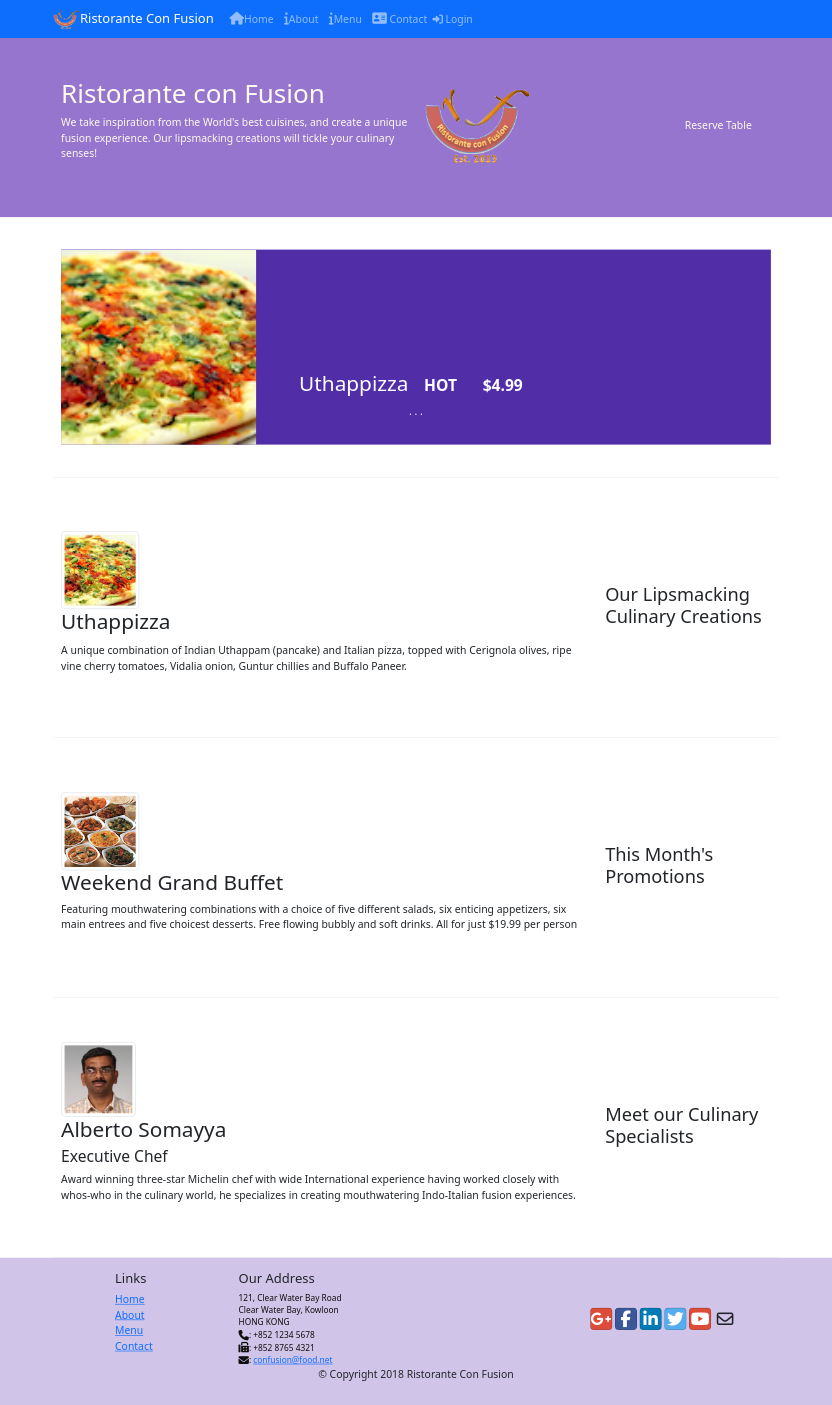
Repository: DungBuiTuan/FER201m
Page: index.html
The author's editor kept a copy of each file at every save. The page is drawn from the files as they stood at one save, then again after the next save.
The browser window is 1280 px wide. The pictures show the whole page, at 65% of full size.
Some web libraries are served in a nearby version.

Above is the page before, as saved 2023-05-22 23:54:01.

### index.html
<!DOCTYPE html>
<html lang="en">

<head>
  <meta charset="utf-8" />
  <meta name="viewport" content="width=device-width, initial-scale=1, shrink-to-fit=no" />
  <meta http-equiv="x-ua-compatible" content="ie=edge" />
  <!-- Bootstrap CSS -->
  <link rel="stylesheet" href="node_modules/bootstrap/dist/css/bootstrap.min.css" />
  <link rel="stylesheet" href="node_modules/font-awesome/css/font-awesome.min.css">
  <link rel="stylesheet" href="node_modules/bootstrap-social/bootstrap-social.css">
  <link href="css/styles.css" rel="stylesheet" />

  <title>Ristorante Con Fusion</title>
</head>

<body>
  <nav class="navbar navbar-dark navbar-expand-sm bg-primary fixed-top">
    <div class="container">
      <button class="navbar-toggler" type="button" data-toggle="collapse" data-target="#Navbar">
        <span class="navbar-toggler-icon"></span>
      </button>

      <a class="navbar-brand mr-auto" href="#"><img src="img/img/logo.png" height="30" width="41">Ristorante Con
        Fusion</a>
      <div class="collapse navbar-collapse" id="Navbar">
        <ul class="navbar-nav mr-auto">
          <li class="nav-item active"><a class="nav-link" href="./index.html"><span
                class="fa fa-home fa-lg"></span>Home</a></li>
          <li class="nav-item">
            <a class="nav-link" href="./aboutus.html"><span class="fa fa-info fa-lg"></span>About</a>
          </li>
          <li class="nav-item"><a class="nav-link" href="#"><span class="fa fa-info fa-lg"></span>Menu</a></li>
          <li class="nav-item"><a class="nav-link" href="contactus.html"><span class="fa fa-address-card fa-lg"></span>
              Contact</a></li>
        </ul>
        <span class="navbar-text">
          <a data-toggle="modal" data-target="#loginModal">
            <span class="fa fa-sign-in"></span> Login</a>
        </span>

      </div>
    </div>
    <div id="loginModal" class="modal fade" role="dialog">
      <div class="modal-dialog modal-lg" role="content">
        <!-- Modal content-->
        <div class="modal-content">
          <div class="modal-header">
            <h4 class="modal-title">Login </h4>
            <button type="button" class="close" data-dismiss="modal">&times;</button>
          </div>
          <div class="modal-body">
            <form>
              <div class="form-row">
                <div class="form-group col-sm-4">
                  <label class="sr-only" for="exampleInputEmail3">Email address</label>
                  <input type="email" class="form-control form-control-sm mr-1" id="exampleInputEmail3"
                    placeholder="Enter email">
                </div>
                <div class="form-group col-sm-4">
                  <label class="sr-only" for="exampleInputPassword3">Password</label>
                  <input type="password" class="form-control form-control-sm mr-1" id="exampleInputPassword3"
                    placeholder="Password">
                </div>
                <div class="col-sm-auto">
                  <div class="form-check">
                    <input class="form-check-input" type="checkbox">
                    <label class="form-check-label"> Remember me
                    </label>
                  </div>
                </div>
              </div>
              <div class="form-row">
                <button type="button" class="btn btn-secondary btn-sm ml-auto" data-dismiss="modal">Cancel</button>
                <button type="submit" class="btn btn-primary btn-sm ml-1">Sign in</button>
              </div>
            </form>
          </div>
        </div>
      </div>
    </div>

  </nav>

  <header class="jumbotron">
    <div class="container">
      <div class="row row-header">
        <div class="col-12 col-sm-6">
          <h1>Ristorante con Fusion</h1>
          <p>
            We take inspiration from the World's best cuisines, and create a
            unique fusion experience. Our lipsmacking creations will tickle
            your culinary senses!
          </p>
        </div>
        <div class="col-12 col-sm-4 align-self-center">
          <img src="img/img/logo.png" class="img-fluid">
        </div>
        <div class="col-12 col-sm-2 align-self-center">
          <a role="button" class="btn btn-block nav-link btn-warning" data-toggle="tooltip" data-html="true"
            title="Or Call us at  <br><strong>+852 12345678</strong>" data-placement="bottom"
            href="#reserveform">Reserve Table</a>
        </div>

      </div>
    </div>
  </header>

  <div class="container">
    <div class="row row-content">
      <div class="col">
        <div id="mycarousel" class="carousel slide" data-ride="carousel">
          <div class="carousel-inner" role="listbox">
            <div class="carousel-item active">
              <img class="d-block img-fluid" src="img/img/uthappizza.png" alt="Uthappizza">
              <div class="carousel-caption d-none d-md-block">
                <h2>Uthappizza
                  <span class="badge badge-danger">HOT</span>
                  <span class="badge badge-pill badge-default">$4.99</span>
                </h2>
                . . .
              </div>
            </div>
            <div class="carousel-item">
              <ol class="carousel-indicators">
                <li data-target="#mycarousel" data-slide-to="0" class="active"></li>
                <li data-target="#mycarousel" data-slide-to="1"></li>
                <li data-target="#mycarousel" data-slide-to="2"></li>
              </ol>

            </div>
            <div class="carousel-item">
              <a class="carousel-control-prev" href="#mycarousel" role="button" data-slide="prev">
                <span class="carousel-control-prev-icon"></span>
              </a>
              <a class="carousel-control-next" href="#mycarousel" role="button" data-slide="next">
                <span class="carousel-control-next-icon"></span>
              </a>

            </div>
          </div>

        </div>

      </div>
    </div>

    <div class="row row-content align-items-center">
      <div class="col col-sm col-md">
        <div class="media">
          <img class="d-flex mr-3 img-thumbnail align-self-center" src="img/img/uthappizza.png" alt="Uthappizza">
          <div class="media-body">
            <h2 class="mt-0"></span>Uthappizza<span class="badge badge-danger">HOT</span><span
                class="badge badge-pill badge-secondary">$4.99</span></h2>
            <p class="d-none d-sm-block">A unique combination of Indian Uthappam (pancake) and
              Italian pizza, topped with Cerignola olives, ripe vine
              cherry tomatoes, Vidalia onion, Guntur chillies and
              Buffalo Paneer.</p>
          </div>
        </div>

      </div>
      <div class="col-12 col-sm-4 col-md-3">
        <h3>Our Lipsmacking Culinary Creations</h3>
      </div>
    </div>

    <div class="row row-content align-items-center">
      <div class="col col-sm col-md">
        <div class="media">
          <img class="d-flex mr-3 img-thumbnail align-self-center" src="img/img/buffet.png" alt="Alberto Somayya">
          <div class="media-body">
            <h2 class="mt-0">Weekend Grand Buffet</h2>
            <p class="d-none d-sm-block">Featuring mouthwatering combinations with a choice of five different
              salads, six enticing appetizers, six main entrees and five choicest
              desserts. Free flowing bubbly and soft drinks. All for just $19.99
              per person
            </p>
          </div>
        </div>
      </div>
      <div class="col-12 col-sm-4 col-md-3">
        <h3>This Month's Promotions</h3>
      </div>
    </div>

    <div class="row row-content align-items-center">
      <div class="col col-sm col-md">
        <div class="media">
          <img class="d-flex mr-3 img-thumbnail align-self-center" src="img/img/alberto.png" alt="Alberto Somayya">
          <div class="media-body">
            <h2 class="mt-0">Alberto Somayya</h2>
            <h4>Executive Chef</h4>
            <p class="d-none d-sm-block">Award winning three-star Michelin chef with wide
              International experience having worked closely with
              whos-who in the culinary world, he specializes in
              creating mouthwatering Indo-Italian fusion experiences.
            </p>
          </div>
        </div>

      </div>
      <div class="col-12 col-sm-4 col-md-3">
        <h3>Meet our Culinary Specialists</h3>
      </div>
    </div>
  </div>

  <footer class="footer">
    <div class="container">
      <div class="row">
        <div class="col-4 offset-1 col-sm-2">
          <h5>Links</h5>
          <ul class="list-unstyled">
            <li><a href="#">Home</a></li>
            <li><a href="#">About</a></li>
            <li><a href="#">Menu</a></li>
            <li><a href="#">Contact</a></li>
          </ul>
        </div>
        <div class="col-7 col-sm-5">
          <h5>Our Address</h5>
          <address>
            121, Clear Water Bay Road<br />
            Clear Water Bay, Kowloon<br />
            HONG KONG<br />
            <i class="fa fa-phone fa-lg"></i>: +852 1234 5678<br />
            <i class="fa fa-fax fa-lg"></i>: +852 8765 4321<br />
            <i class="fa fa-envelope fa-lg"></i>:
            <a href="mailto:confusion@food.net">confusion@food.net</a>
          </address>
        </div>
        <div class="col-12 col-sm-4 align-self-center">
          <div class="text-center">
            <a class="btn btn-social-icon btn-google" href="http://google.com/+"><i class="fa fa-google-plus"></i></a>
            <a class="btn btn-social-icon btn-facebook" href="http://www.facebook.com/profile.php?id="><i
                class="fa fa-facebook"></i></a>
            <a class="btn btn-social-icon btn-linkedin" href="http://www.linkedin.com/in/"><i
                class="fa fa-linkedin"></i></a>
            <a class="btn btn-social-icon btn-twitter" href="http://twitter.com/"><i class="fa fa-twitter"></i></a>
            <a class="btn btn-social-icon btn-google" href="http://youtube.com/"><i class="fa fa-youtube"></i></a>
            <a class="btn btn-social-icon" href="mailto:"><i class="fa fa-envelope-o"></i></a>
          </div>
        </div>
      </div>
      <div class="row justify-content-center">
        <div class="col-auto">
          <p>© Copyright 2018 Ristorante Con Fusion</p>
        </div>
      </div>
    </div>
  </footer>
  <!-- jQuery first, then Popper.js, then Bootstrap JS. -->
  <script src="node_modules/jquery/dist/jquery.slim.min.js"></script>
  <script src="node_modules/popper.js/dist/umd/popper.min.js"></script>
  <script src="node_modules/bootstrap/dist/js/bootstrap.min.js"></script>
  <script>
    $(document).ready(function () {
      $('[data-toggle="tooltip"]').tooltip();
    });
  </script>

</body>

</html>

### css/styles.css
body{
    padding:50px 0px 0px 0px;
    z-index:0;
}

.navbar-dark {
     background-color: #512DA8;
}

.row-header{
    margin:0px auto;
    padding:0px;
}

.row-content {
    margin:0px auto;
    padding: 50px 0px 50px 0px;
    border-bottom: 1px ridge;
    min-height:400px;
}

.footer{
    background-color: #D1C4E9;
    margin:0px auto;
    padding: 20px 0px 20px 0px;
}

.jumbotron {
    padding:70px 30px 70px 30px;
    margin:0px auto;
    background: #9575CD ;
    color:floralwhite;
}

address{
    font-size:80%;
    margin:0px;
    color:#0f0f0f;
}

.tab-content {
    border-left: 1px solid #ddd;
    border-right: 1px solid #ddd;
    border-bottom: 1px solid #ddd;
    padding: 10px;
}

/* carousel */
.carousel {
    background:#512DA8;
}
.carousel-item {
  height: 300px;
}
.carousel-item img {
    position: absolute;
    top: 0;
    left: 0;
    min-height: 300px;
}

Loaded but not shown: LAB1/bootstrap-social.css (library)

After the next save:
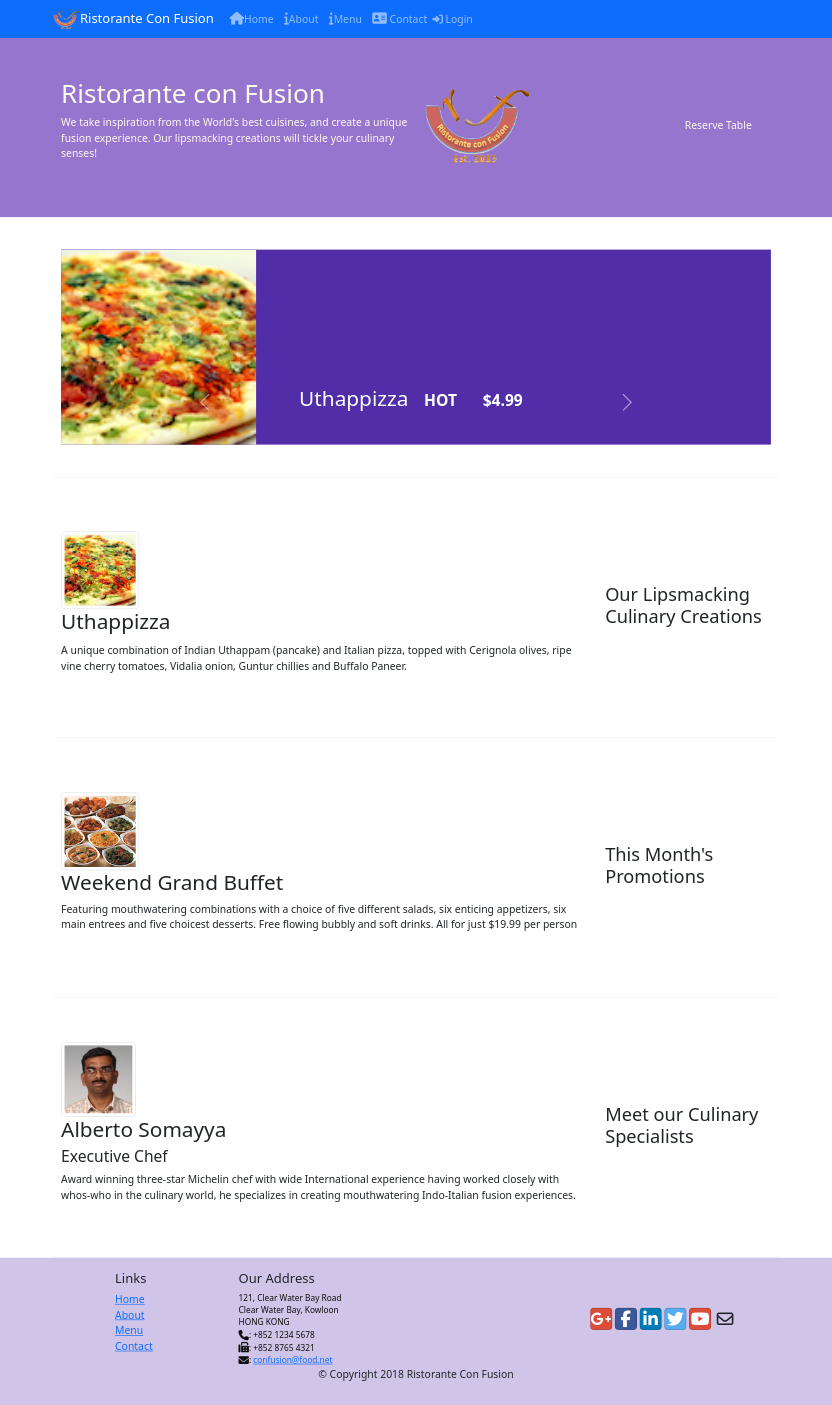
Saved 36 s later.
--- a/index.html
+++ b/index.html
@@ -118,7 +118,13 @@
                   <span class="badge badge-danger">HOT</span>
                   <span class="badge badge-pill badge-default">$4.99</span>
                 </h2>
-                . . .
+                <a class="carousel-control-prev" href="#mycarousel" role="button" data-slide="prev">
+                  <span class="carousel-control-prev-icon"></span>
+                </a>
+                <a class="carousel-control-next" href="#mycarousel" role="button" data-slide="next">
+                  <span class="carousel-control-next-icon"></span>
+                </a>
+
               </div>
             </div>
             <div class="carousel-item">

After the save that followed:
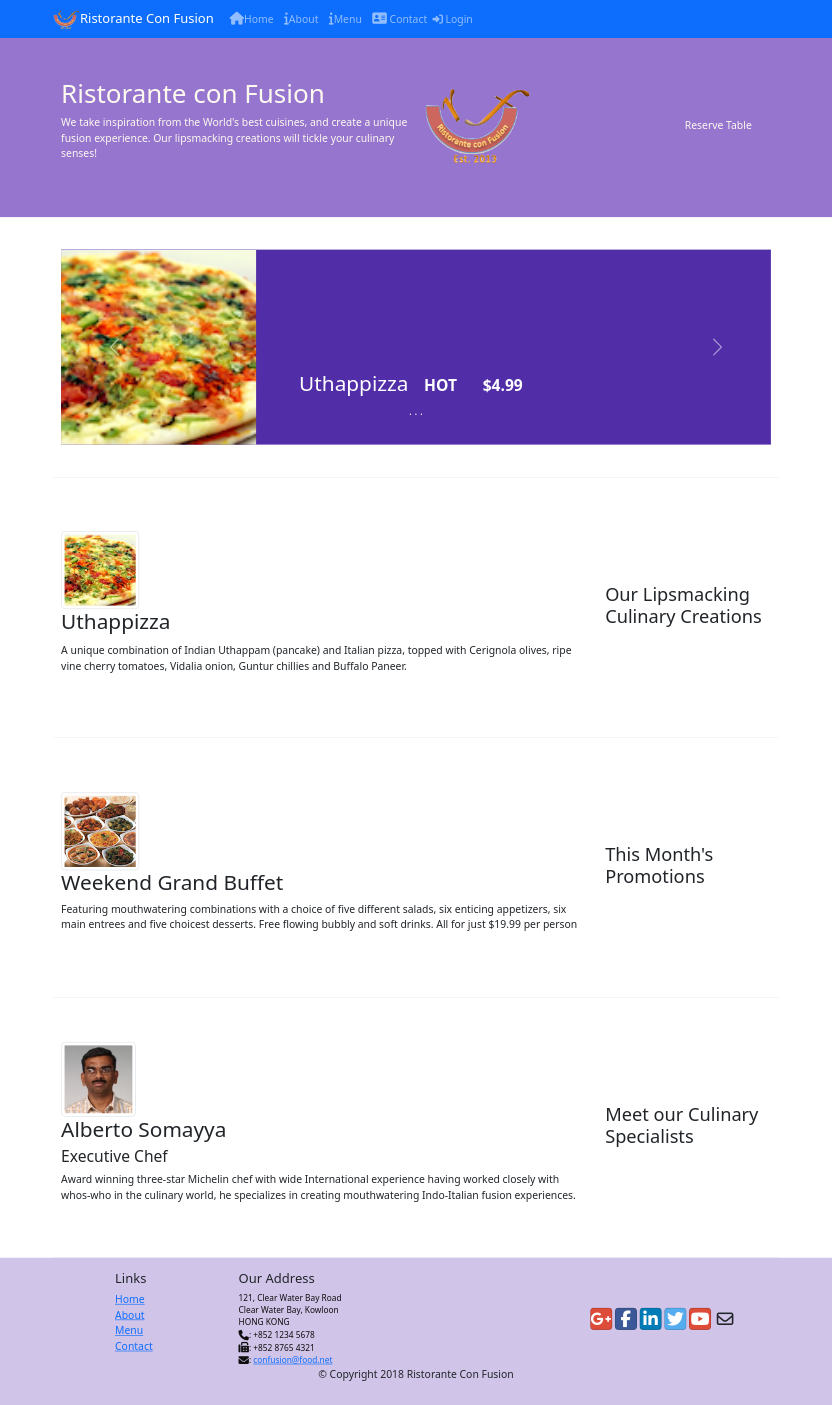
Saved 42 s later.
--- a/index.html
+++ b/index.html
@@ -112,19 +112,20 @@
         <div id="mycarousel" class="carousel slide" data-ride="carousel">
           <div class="carousel-inner" role="listbox">
             <div class="carousel-item active">
+              <a class="carousel-control-prev" href="#mycarousel" role="button" data-slide="prev">
+                <span class="carousel-control-prev-icon"></span>
+              </a>
+              <a class="carousel-control-next" href="#mycarousel" role="button" data-slide="next">
+                <span class="carousel-control-next-icon"></span>
+              </a>
+
               <img class="d-block img-fluid" src="img/img/uthappizza.png" alt="Uthappizza">
               <div class="carousel-caption d-none d-md-block">
                 <h2>Uthappizza
                   <span class="badge badge-danger">HOT</span>
                   <span class="badge badge-pill badge-default">$4.99</span>
                 </h2>
-                <a class="carousel-control-prev" href="#mycarousel" role="button" data-slide="prev">
-                  <span class="carousel-control-prev-icon"></span>
-                </a>
-                <a class="carousel-control-next" href="#mycarousel" role="button" data-slide="next">
-                  <span class="carousel-control-next-icon"></span>
-                </a>
-
+                . . .
               </div>
             </div>
             <div class="carousel-item">
